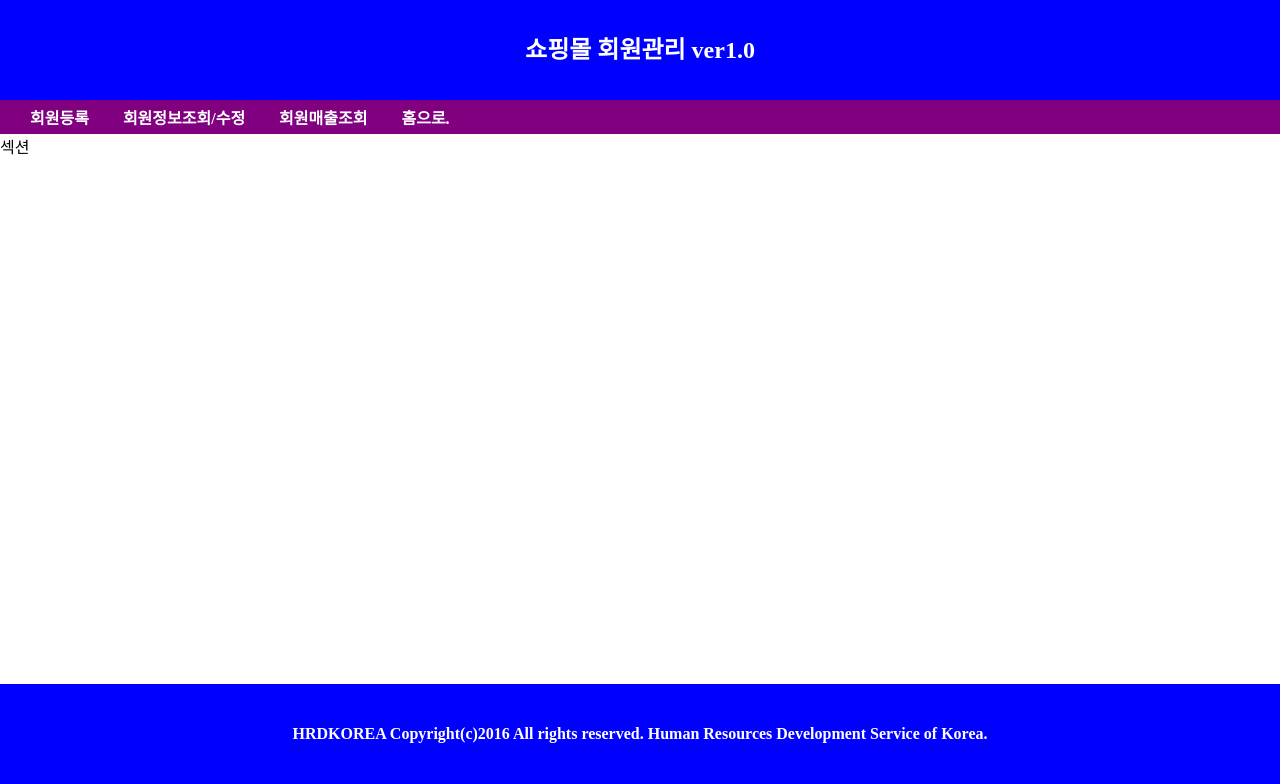
Repository: brightjy/Today-what-I-practiced
Page: http://localhost/HRD_7/
An editor plug-in stored every save of this project. The page is shown before and after the next save, followed by the edit.
The browser window is 1280 px wide. The pictures show the whole page.
The page is served by Tomcat 9.

Above is the page before, as saved 2020-05-18 11:34:41.

After the next save:
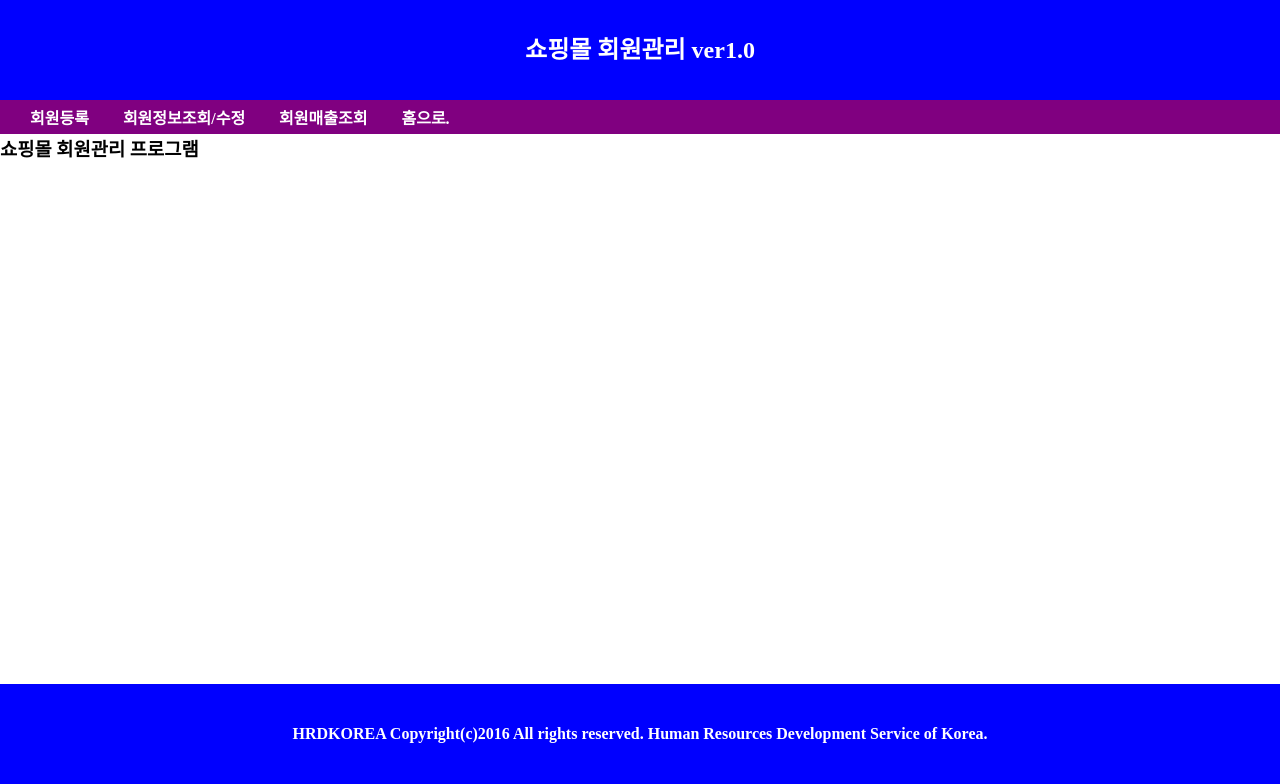
Saved 58 s later.
--- a/hrdkorea_0518/HRD_7/WebContent/view/main.jsp
+++ b/hrdkorea_0518/HRD_7/WebContent/view/main.jsp
@@ -9,7 +9,7 @@
 <body>
 <jsp:include page="header.jsp"></jsp:include>
 <section>
-섹션
+<h3>쇼핑몰 회원관리 프로그램</h3>
 </section>
 <jsp:include page="footer.jsp"></jsp:include>
 </body>
